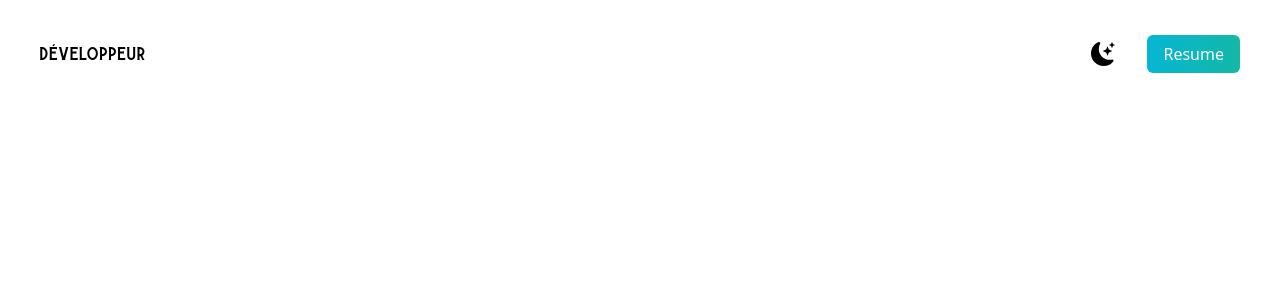
Repository: Jean-MarcG/portfoli_next
Page: /
An editor plug-in stored every save of this project. The page is shown before and after a run of saves, followed by the edit.
The browser window is 1280 px wide. The pictures show the whole page.
The project was rebuilt for these pictures with package versions that can differ from the ones it lists, and the page was loaded fresh each time. The framework's server and built-in components were replaced by stand-ins that run in the browser. Also part of the build but not shown: next.config.js.

Above is the page before, as saved 2023-04-01 17:21:56.

After the next 3 saves:
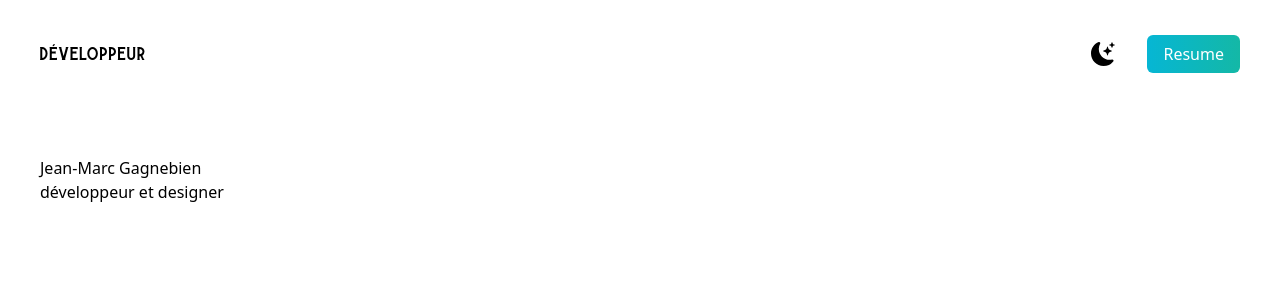
The 3 saves are shown as one change because 2 did not build or start.
The last was saved 2 min 12 s later.
--- a/pages/index.js
+++ b/pages/index.js
@@ -1,5 +1,6 @@
 import Head from 'next/head';
 import {BsFillMoonStarsFill} from 'react-icons/bs';
+import {AiFillTwiterCircle, AiFillLinkedin, AiFillYoutube} from 'react-icons/'
 
 export default function Home() {
   return (
@@ -23,6 +24,10 @@
                 </li>
               </ul>
           </nav>
+          <div>
+            <h2>Jean-Marc Gagnebien</h2>
+            <h3>développeur et designer</h3>
+          </div>
         </section>
       </main>
     </>
